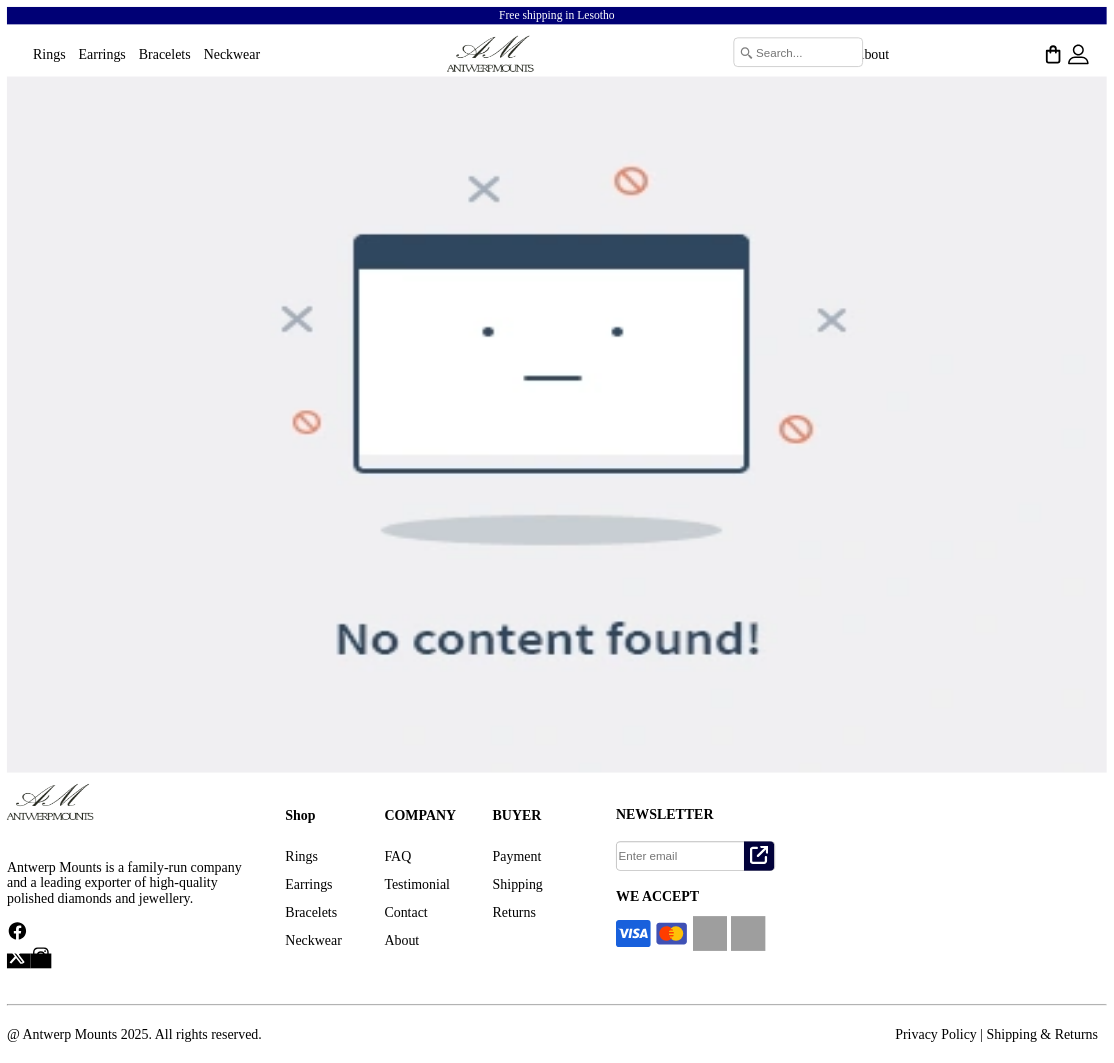
Repository: kea-0424/Web-Development-Project-1
Page: First_collaboration/JewelarySite.html
An editor plug-in stored every save of this project. The page is shown before and after the next save, followed by the edit.
The browser window is 1280 px wide. The pictures show the whole page, at 87% of full size.
Pictures or frames that could not be fetched are drawn as grey boxes.

Above is the page before, as saved 2025-01-23 12:13:38.

### First_collaboration/JewelarySite.html
<!DOCTYPE html>
<html lang="en">
<head>
    <meta charset="UTF-8">
    <meta name="viewport" content="width=device-width, initial-scale=1.0">
    <title>Document</title>
    <link rel="stylesheet" href="./JewelarySite.css">
</head>
<body>
    <header>
        <div class="notification">
            <span>Free shipping in Lesotho</span>
        </div>
        <nav>
                <ul class="navigations"  id="right_nav">
                    <li class="navbar_links"><a href="#">Rings</a></li>
                    <li class="navbar_links"><a href="#">Earrings</a></li>
                    <li class="navbar_links"><a href="#">Bracelets</a></li>
                    <li class="navbar_links"><a href="#">Neckwear</a></li>
                </ul>

            <div class="logo_container">
<img src="Main_Logo-removebg-preview.png" alt="Logo" class="main_logo" id="Nav_logo">
            </div>
                <ul class="navigations" id="left_nav">
                    <li class="navbar_links"><a href="#">FAQ</a></li>
                    <li class="navbar_links"><a href="#">Help</a></li>
                    <li class="navbar_links"><a href="#">About</a></li>
                </ul>
                <form action="#">
                    <div class="searchbar_container">
                        <img src="./bx-search-alt-2.svg" alt="icon" class="searchbar_icon">
                        <input class='searchbar' type="text" placeholder="Search...">
                    </div>
                </form>
                <div class="nav_icons">
                    <img src="./cart.svg" alt="Logo" class="icon">
                    <img src="./profile.svg" alt="Logo" class="icon">
                </div>
        </nav>
    </header>
    <main>
        <img src="./NoContent.webp" alt="No_Content" class="No_Content">
    </main>
    <footer>
        <div class="about_us">
            <div class="logo_container">
                <img src="Main_Logo-removebg-preview.png" alt="Logo" class="main_logo">
                            </div>
                            <div class="bio">
                                <p>Antwerp Mounts is a family-run company<br>
                                    and a leading exporter of high-quality<br>
                                   polished diamonds and jewellery.</p>
                            </div>
                                <div class="social_media">
                                    <div class="socials1" >
                                        <a href="#"><img src="./bxl-facebook-circle (1).svg" alt="Facebook" id="facebook_link"></a>
                                    </div>
                                    <div class="socials">
                                        <a href="#"><img src="./x-twitter-brands-solid.svg" alt="Twitter" id="X_link"></a>
                                    </div>
                                    <div class="socials">
                                        <a href="#"><img src="./bxl-instagram (1).svg" alt="Instagram" id="instagram_link"></a>
                                    </div>
                                    </div>
        </div>
        <div class="navigation">
            <div class="list1">
                <h4>Shop</h4>
                <ul class="footer_lists">
                    <li><a href="#">Rings</a></li>
                    <li><a href="#">Earrings</a></li>
                    <li><a href="#">Bracelets</a></li>
                    <li><a href="#">Neckwear</a></li>
                </ul>
            </div>
            <div class="list2">
               <h4>COMPANY</h4>
               <ul class="footer_lists">
                <li><a href="#">FAQ</a></li>
                <li><a href="#">Testimonial</a></li>
                <li><a href="#">Contact</a></li>
                <li><a href="#">About</a></li>
               </ul>
            </div>
            <div class="list3">
                <h4>BUYER</h4>
                <ul class="footer_lists">
                    <li><a href="#">Payment</a></li>
                    <li><a href="#">Shipping</a></li>
                    <li><a href="#">Returns</a></li>
                </ul>
            </div>
        </div>
        <div class="Subscription">
            <h4>NEWSLETTER</h4>
            <form action="#">
                <div class="input_container">
                    <input type="text" placeholder="Enter email" class="newsletter_input">
                    <button type="submit" class="submit_btn"><img src="./arrow-up-right-from-square-solid.svg" alt="arrow"></button>
                </div>
            </form>
            <h4>WE ACCEPT</h4>
            <div class="payment_methods">
                <div class="payment_method">
                    <img src="./cc-visa-brands-solid.svg" alt="visa" id="visa">
                </div>
                <div class="payment_method">
                    <img src="mastercard.svg" alt="mastercard" id="mastercard">
                </div>
                <div class="payment_method">
                    <img src="./paypal.svg" alt="paypal" id="paypal">
        </div>
        <div class="payment_method">
            <img src="./skrill.svg" alt="skrill" id="skrill">
        </div>
            </div>
        </div>
        <hr>
        <div class="copyright">
            <p class="left_details">@ Antwerp Mounts 2025. All rights reserved.</p>
            <p class="right_details">Privacy Policy | Shipping & Returns</p>
        </div>
    </footer>
</body>
</html>

### First_collaboration/JewelarySite.css

body {
    box-sizing: border-box;
}
.notification {
    background-color: rgb(0 0 117);
    color: rgb(255 255 255);
    display: flex;
    align-items: center;
    justify-content: center;
    font-size: smaller;
    width: inherit;
    height: 20px;
}
nav {
    display: flex;
    justify-content: space-between;
    /*padding: 10px;*/
}
.main_logo {
    height: 80px;
    width: 100px;
    margin-top: 0;

}
#Nav_logo {
    margin: 0 auto;
    position: absolute;
    left: 40%;
}
.navigations,.navbar_links {
    list-style-type: none;
    display: flex;
    justify-content: space-between;
list-style: none;
text-decoration: none;
color: inherit;
margin-right: 15px;
padding: 0;
}
nav {
    position:relative;
    width: 100%;
    height: 60px
}

a {
    text-decoration: none;
color: inherit;
}
a:hover {
    /*font-size: larger;*/
    transition: font-size 0.2s ease-in-out;
    position: relative;
    /*background-color: blue;*/
    color: rgba(0 0 255 / 0.26);
    border-radius: 3px;
}
main,.No_Content {
    width: 100%;
    height: 800px;
}
.searchbar {
    width: 120px;
    height: 30px;
    border-radius: 5px;
    border: 1px solid #ccc;
    margin-top: 18px;
    padding-left: 25px;
    position: absolute;
    bottom: 1px;
}
.searchbar_container{
/*border: 1px solid red;*/
    width: 120px;
    height: 30px;
    position: relative;
    left: 300px;
    top: 20px;
}
.searchbar_icon{
    position: absolute;
    z-index: 1;
    margin-left: 7px;
    opacity: 0.5;
    height: 17px;
    width: 17px;
    top: 5px;
}
.navbar_links {
    margin-top: 10px;
}
.icon {
    width: 25px;
    height: 25px;
    margin-top: 22px;
}
#left_nav{
    position: absolute;
    right: 220px;
}
#right_nav {
    position: absolute;
    left: 30px;
}
.nav_icons {
    margin-right: 20px;
}
.socials {
    /*border: 1px solid red;*/
    display: inline;
    height: 50px;
    width: 50px;
    background-color: black;
}
.bio {
    /*border: 1px solid red;*/
    display: inline-block;
}
#X_link {
    height: 23px;
    width: 23px;
    border-radius: 50%;
    display: inline-block;
}
/*.list1,.list2,.list3*/.navigation{
    /*border: 1px solid red;*/
    display: inline-block;
    position: absolute;
    left: 320px;
    top: 20px;
box-sizing: border-box;
}
footer {
    /*border: 1px solid red;*/
    position: relative;
}
.list1,.list2,.list3 {
    /*border: 1px solid red;*/
    display: inline-block;
    box-sizing: border-box;
    margin-right: 5px;
}
.list3 {
    position: relative;
    bottom: 32px;
}
.footer_lists {
    position: relative;
    right: 40px;
    list-style: none;
    line-height: 2em;
}
.input_container{
    /*border: 1px solid red;*/
    display: inline;
    height: 33px;
    position: relative;
    border-radius: 5px;
    z-index: 1
}
.newsletter_input {
    height: 30px;
    overflow: hidden;
    border-radius: 5px;
    border: 1px solid rgba(0 0 0 / 0.25);
    /*z-index: 1;*/
}
.submit_btn {
    background-color: rgb(2 2 59);
    border: 1px solid transparent;
    height: 34px;
    width: 35px;
    position: absolute;
right: 1px;
    border-radius:0px 5px 5px 0px;
}
#visa, #mastercard, #paypal, #skrill {
    height: 40px;
    width: 40px;
}
#visa:hover, #mastercard:hover, #paypal:hover, #skrill:hover {
    height: 50px;
    width: 50px;
}
.payment_method {
    /*border: 1px solid red;*/
    display: inline-block;
    position: relative;
    bottom: 8px;
}
.Subscription {
/*border: 1px solid red;*/
display: inline;
position: absolute;
left: 700px;
top:18px;
}
hr {
    margin-top: 40px;
}
.copyright {
   /* border: 1px solid red;*/
    position: relative;
}
.left_details {
    /*border: 1px solid red;*/
    display: inline-block;
}
.right_details {
    /*border: 1px solid red;*/
    display: inline;
    position: absolute;
    right: 10px;
}

After the next save:
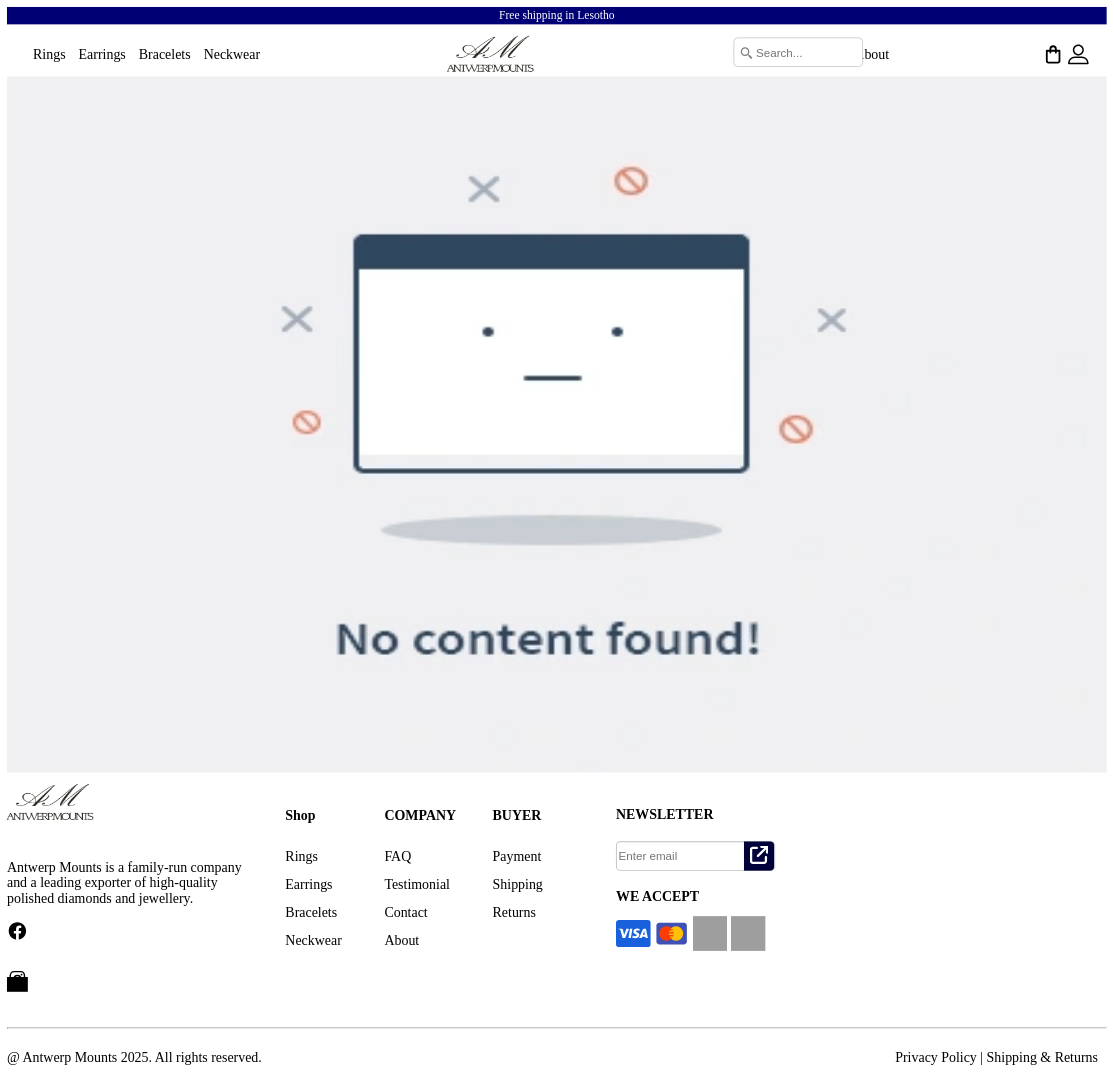
Saved 9 s later.
--- a/First_collaboration/JewelarySite.html
+++ b/First_collaboration/JewelarySite.html
@@ -56,7 +56,7 @@
                                     <div class="socials1" >
                                         <a href="#"><img src="./bxl-facebook-circle (1).svg" alt="Facebook" id="facebook_link"></a>
                                     </div>
-                                    <div class="socials">
+                                    <div class="socials2">
                                         <a href="#"><img src="./x-twitter-brands-solid.svg" alt="Twitter" id="X_link"></a>
                                     </div>
                                     <div class="socials">
